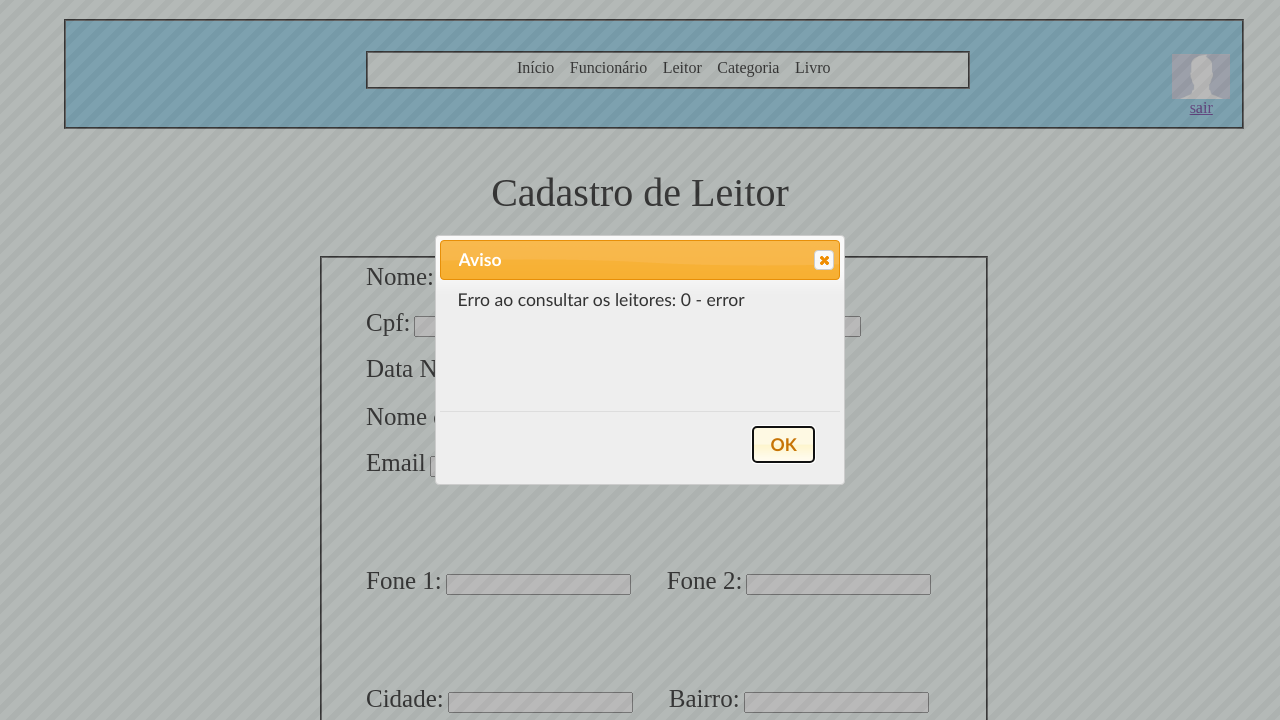
Repository: FaculdadeSenaiJoinville/PIGustavoMaertner
Page: projeto individual/WorkspaceProjetoIndividual/ProjetoIndividual/WebContent/pages/gerente/leitor/index.html
An editor plug-in stored every save of this project. The page is shown before and after the next save, followed by the edit.
The browser window is 1280 px wide. The pictures show the window.
The page's requests for data from a server got no answer. A layer covers the whole window, so only the first screen is drawn.

Above is the page before, as saved 2021-12-13 21:36:17.

After the next save:
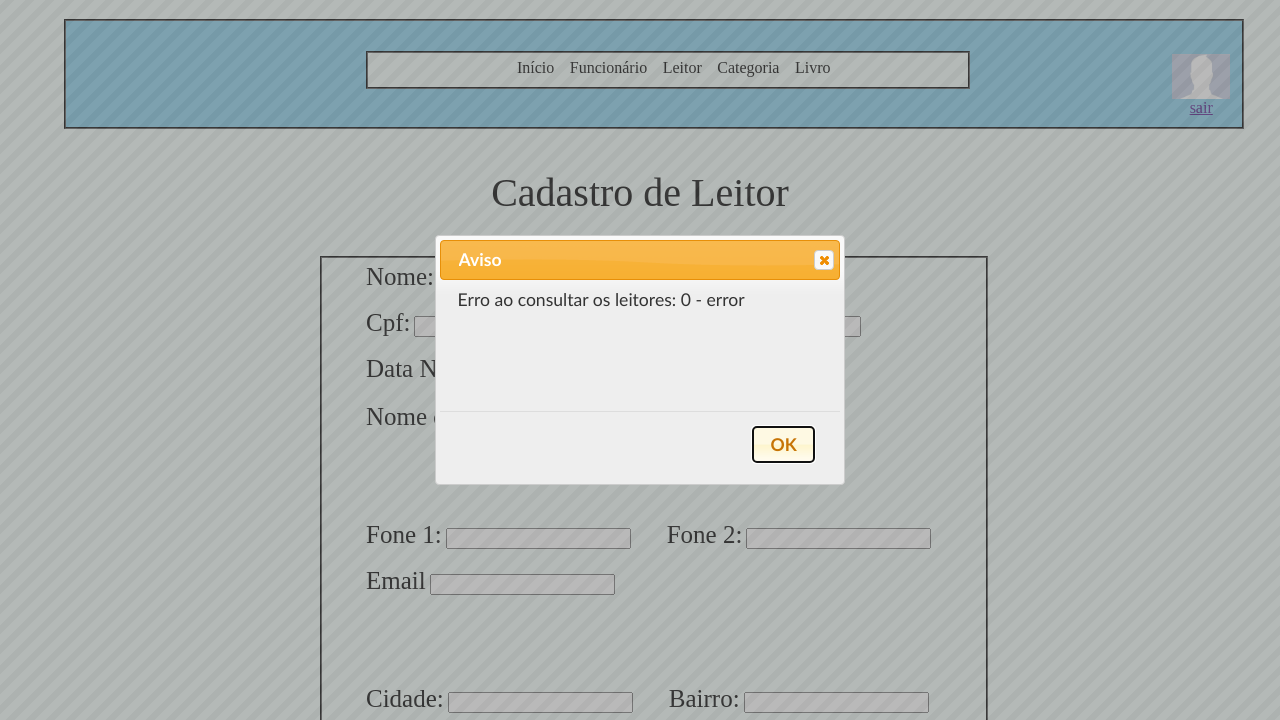
Saved 2 min 43 s later.
--- a/projeto individual/WorkspaceProjetoIndividual/ProjetoIndividual/WebContent/pages/gerente/leitor/index.html
+++ b/projeto individual/WorkspaceProjetoIndividual/ProjetoIndividual/WebContent/pages/gerente/leitor/index.html
@@ -47,18 +47,18 @@
 			<input class="funcEsquerda" type="date" name="date" id="inputDate"><br><br>
 
 			<label class="labelCadastroFunc" id="idNomeMae" for="nomeMae">Nome da Mãe:</label>
-			<input class="funcEsquerda" type="text" name="nomeMae" id="nomeMae"><br><br>
+			<input class="funcEsquerda" type="text" name="nomeMae" id="nomeMae"><br><br><br><br><br><br>
+
+
+			<label class="labelCadastroFunc" id="idTelefone" for="inputTelefone">Fone 1:</label>
+			<input class="funcEsquerda" type="text" name="telefone" maxlength="13" id="inputTelefone" onkeypress="return event.charCode >= 48 && event.charCode <= 57">
+
+			<label class="labelCadastroFunc" id="idTelefoneSecundario" for="inputTelefoneSec">Fone 2:</label>
+			<input class="funcEsquerda" type="text" name="telefoneSec" maxlength="13" id="inputTelefoneSec" onkeypress="return event.charCode >= 48 && event.charCode <= 57"><br><br>
 
 			<label class="labelCadastroFunc" id="idEmail" for="emailLeitor">Email</label>
 			<input class="funcEsquerda" type="text" name="email" id="email" onblur="BIBLIOTECA.leitor.validacaoEmail(frmLeitor.email)"><br><br><br><br><br><br>
 
-
-
-			<label class="labelCadastroFunc" id="idTelefone" for="inputTelefone">Fone 1:</label>
-			<input class="funcEsquerda" type="text" name="telefone" maxlength="13" id="inputTelefone" onkeypress="return event.charCode >= 48 && event.charCode <= 57">
-
-			<label class="labelCadastroFunc" id="idTelefoneSecundario" for="inputTelefoneSec">Fone 2:</label>
-			<input class="funcEsquerda" type="text" name="telefoneSec" maxlength="13" id="inputTelefoneSec" onkeypress="return event.charCode >= 48 && event.charCode <= 57"><br><br><br><br><br><br>
 
 			<label class="labelCadastroFunc" id="idCidade" for="inputCidade">Cidade:</label>
 			<input class="funcDireita" type="text" name="cidade" id="inputCidade">
